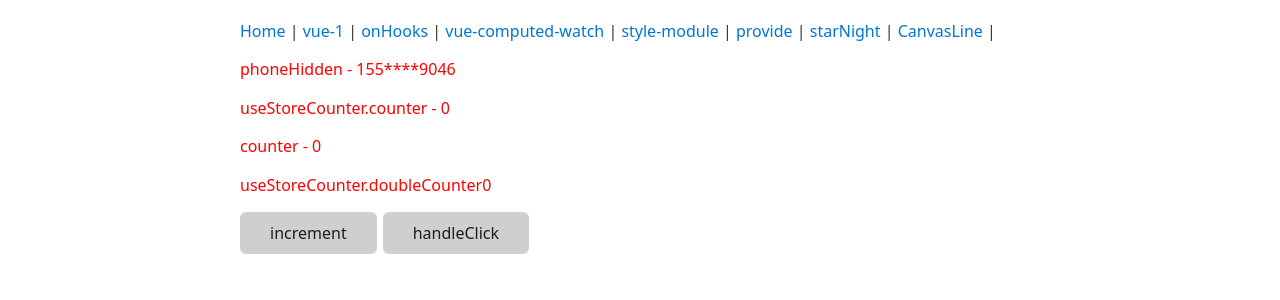
Repository: 596178924/vue3-ts-html
Page: /
An editor plug-in stored every save of this project. The page is shown before and after the next save, followed by the edit.
The browser window is 1280 px wide. The pictures show the whole page.
The project was rebuilt for these pictures with package versions that can differ from the ones it lists, and the page was loaded fresh each time. Also part of the build but not shown: vue.config.js.

Above is the page before, as saved 2022-02-15 16:22:41.

### public/index.html
<!DOCTYPE html>
<html lang="">
  <head>
    <meta charset="utf-8">
    <meta http-equiv="X-UA-Compatible" content="IE=edge">
    <meta name="viewport" content="width=device-width,initial-scale=1.0">
	<link rel="stylesheet" href="https://cdn.jsdelivr.net/npm/water.css@2/out/water.css">
    <link rel="icon" href="<%= BASE_URL %>favicon.ico">
    <title><%= htmlWebpackPlugin.options.title %></title>
  </head>
  <body>
    <noscript>
      <strong>We're sorry but <%= htmlWebpackPlugin.options.title %> doesn't work properly without JavaScript enabled. Please enable it to continue.</strong>
    </noscript>
    <div id="app"></div>
    <!-- built files will be auto injected -->
  </body>
</html>

### src/main.ts
import { createApp } from 'vue';
import App from './App.vue';
import router from './router';
import { createPinia } from 'pinia'
const app = createApp(App);
app.use(createPinia());
app.use(router);
app.mount('#app');

### src/App.vue
<template>
  <div id="nav">
    <router-link to="/">Home</router-link> |
    <router-link to="/vue-1">vue-1</router-link> |
    <router-link to="/onHooks">onHooks</router-link> |
    <router-link to="/vue-computed-watch">vue-computed-watch</router-link> |
    <router-link to="/style-module">style-module</router-link> |
    <router-link to="/provide">provide</router-link> |
    <router-link to="/starNight">starNight</router-link> |
    <router-link to="/CanvasLine">CanvasLine</router-link> |

  </div>
  <router-view/>
</template>

<style lang="scss">

</style>

### src/router/index.ts
import { createRouter, createWebHashHistory, RouteRecordRaw } from 'vue-router';

const routes: Array<RouteRecordRaw> = [
	{
		path: '/',
		name: 'Home',
		component: () => import('@/views/Home.vue')
	},
	{
		path: '/vue-1',
		name: 'vue-1',
		component: () => import('@/views/vue-1.vue')
	},
	{
		path: '/onHooks',
		name: 'onHooks',
		component: () => import('@/views/onHooks.vue')
	},
	{
		path: '/vue-computed-watch',
		name: 'vue-computed-watch',
		component: () => import('@/views/vue-computed-watch.vue')
	},
	{
		path: '/style-module',
		name: 'style-module',
		component: () => import('@/views/style-module.vue')
	},
	{
		path: '/provide',
		name: 'provide',
		component: () => import('@/views/provide.vue')
	},
	{
		path: '/starNight',
		name: 'starNight',
		component: () => import('@/views/starNight.vue')
	},
	{
		path: '/CanvasLine',
		name: 'CanvasLine',
		component: () => import('@/views/CanvasLine.vue')
	},

];

const router = createRouter({
	history: createWebHashHistory(),
	routes
});

export default router;

### src/views/Home.vue
<template>
	<div class="home">

		<p class="red">{{ 'phoneHidden - ' + phoneHidden }}</p>
		<p class="red">{{ 'useStoreCounter.counter - ' + useStoreCounter.counter }}</p>
		<p class="red">{{ 'counter - ' + counter }}</p>
		<p class="red">{{ 'useStoreCounter.doubleCounter' + useStoreCounter.doubleCounter }}</p>
		<button @click="useStoreCounter.increment">increment</button>
		<button @click="handleClick">handleClick</button>
	</div>
</template>

<script setup lang="ts" >
import { UseStoreCounter } from "@/PiniaStore/counter"
import { storeToRefs } from "pinia";
import { ref } from "vue";

const useStoreCounter = UseStoreCounter()
console.log(useStoreCounter)
// let counter = ref(0);
const { counter,phoneHidden } = storeToRefs(useStoreCounter);

function handleClick() {
	// useStoreCounter.counter++;
	// useStoreCounter.counter += 5;
	// useStoreCounter.$patch({
	// 	counter: useStoreCounter.counter + 5
	// })
	// useStoreCounter.$patch((state) => {
	// 	state.counter += 5
	// });
	console.log("useStoreCounter.counter", useStoreCounter.counter)
}
</script>
<style lang="scss" scoped>
.red {
	color: #ff0000;
}
</style>

### src/PiniaStore/counter.ts
import { defineStore } from "pinia"

export const UseStoreCounter = defineStore('counter', {
	state: () => ({
		counter: 0,
		name: 'pinia',
		isAdmin: true,
		phone: '15581609046'
	}),
	getters: {
		doubleCounter: ({ counter }):number => counter * 2,
		phoneHidden: ({ phone }):string => phone.toString().replace(/^(\d{3})\d{4}(\d{4})/, '$1****$2'),
	},
	actions: {
		increment() {
			this.counter++;
			console.log("UseStoreCounter increment", this.counter)
		},
		randomizeCounter() {
			this.counter = Math.round(100 * Math.random())
		}
	}
})

After the next save:
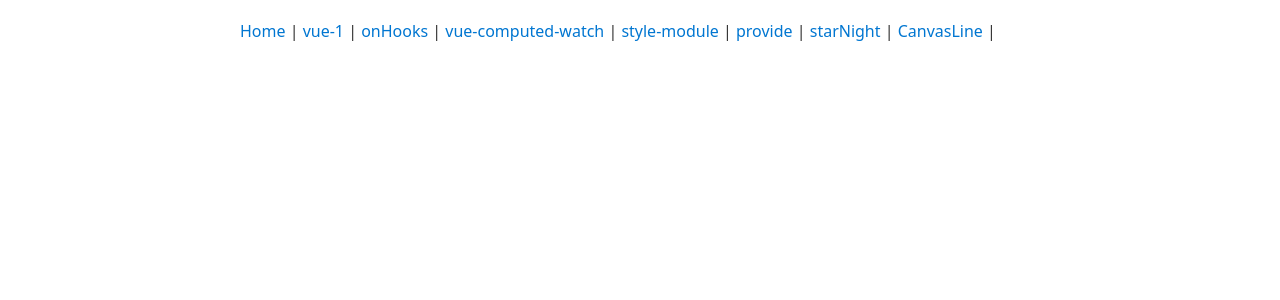
Saved 8 s later.
--- a/src/views/Home.vue
+++ b/src/views/Home.vue
@@ -1,36 +1,9 @@
 <template>
 	<div class="home">
-
-		<p class="red">{{ 'phoneHidden - ' + phoneHidden }}</p>
-		<p class="red">{{ 'useStoreCounter.counter - ' + useStoreCounter.counter }}</p>
-		<p class="red">{{ 'counter - ' + counter }}</p>
-		<p class="red">{{ 'useStoreCounter.doubleCounter' + useStoreCounter.doubleCounter }}</p>
-		<button @click="useStoreCounter.increment">increment</button>
-		<button @click="handleClick">handleClick</button>
 	</div>
 </template>
 
 <script setup lang="ts" >
-import { UseStoreCounter } from "@/PiniaStore/counter"
-import { storeToRefs } from "pinia";
-import { ref } from "vue";
-
-const useStoreCounter = UseStoreCounter()
-console.log(useStoreCounter)
-// let counter = ref(0);
-const { counter,phoneHidden } = storeToRefs(useStoreCounter);
-
-function handleClick() {
-	// useStoreCounter.counter++;
-	// useStoreCounter.counter += 5;
-	// useStoreCounter.$patch({
-	// 	counter: useStoreCounter.counter + 5
-	// })
-	// useStoreCounter.$patch((state) => {
-	// 	state.counter += 5
-	// });
-	console.log("useStoreCounter.counter", useStoreCounter.counter)
-}
 </script>
 <style lang="scss" scoped>
 .red {
